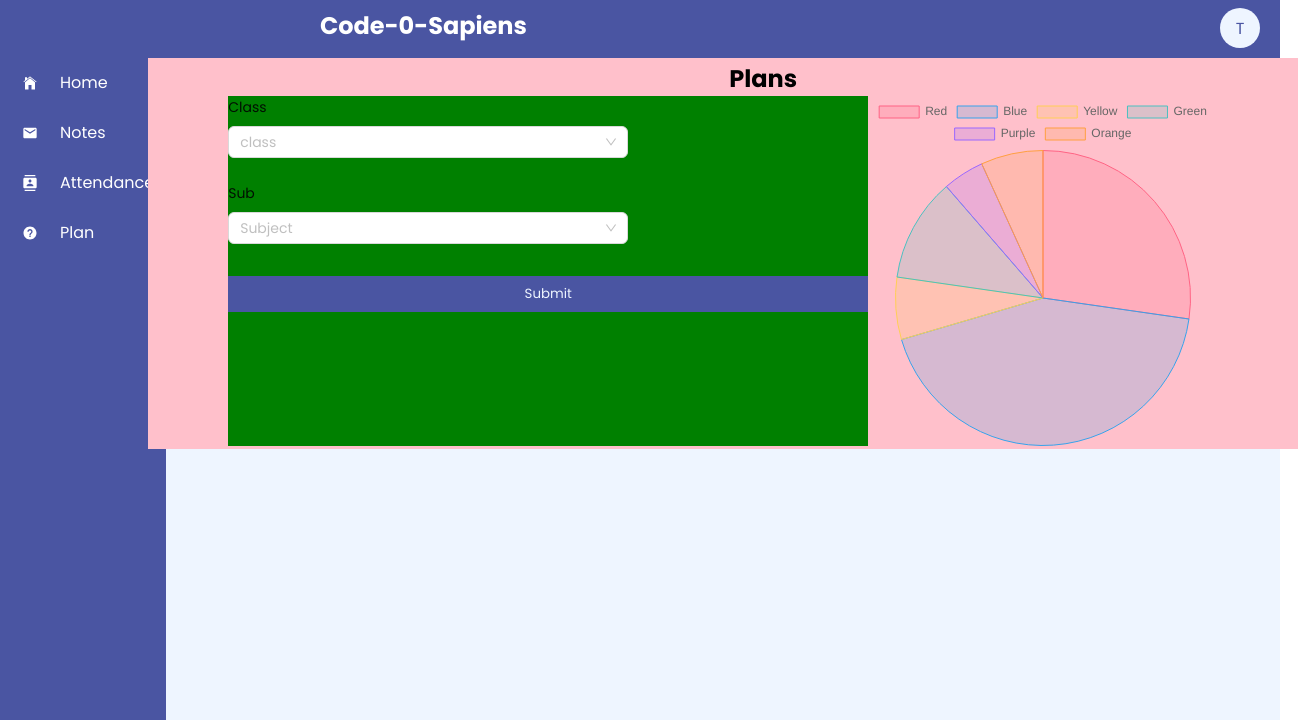
Repository: sinchana-P/code-0-sapiens
Page: /plans (app in client/)
An editor plug-in stored every save of this project. The page is shown before and after a run of saves, followed by the edit.
The browser window is 1280 px wide. The page is 1298 px wide, so the pictures cover 1298 px, including what lies to the right of the window. The pictures show the whole page.
The project was rebuilt for these pictures with package versions that can differ from the ones it lists, and the page was loaded fresh each time. Also part of the build but not shown: client/src/components/auth/login/FormLayoutLogin.jsx, client/src/components/auth/login/Login.jsx, client/src/components/auth/register/FormLayoutRegister.jsx, client/src/components/auth/register/Register.jsx, client/src/components/homeScene/Home.jsx, client/src/components/notes/Notes.jsx, client/src/components/attendance/Attendance.jsx, client/src/components/profile/Profile.jsx and 5 more.

Above is the page before, as saved 2024-03-01 07:40:01.

### client/public/index.html
<!DOCTYPE html>
<html lang="en">
  <head>
    <meta charset="utf-8" />
    <link rel="icon" href="%PUBLIC_URL%/favicon.ico" />
    <meta name="viewport" content="width=device-width, initial-scale=1" />
    <meta name="theme-color" content="#000000" />
    <meta
      name="description"
      content="Web site created using create-react-app"
    />
    <link rel="apple-touch-icon" href="%PUBLIC_URL%/logo192.png" />
    <!--
      manifest.json provides metadata used when your web app is installed on a
      user's mobile device or desktop. See https://developers.google.com/web/fundamentals/web-app-manifest/
    -->
    <link rel="manifest" href="%PUBLIC_URL%/manifest.json" />
    <!--
      Notice the use of %PUBLIC_URL% in the tags above.
      It will be replaced with the URL of the `public` folder during the build.
      Only files inside the `public` folder can be referenced from the HTML.

      Unlike "/favicon.ico" or "favicon.ico", "%PUBLIC_URL%/favicon.ico" will
      work correctly both with client-side routing and a non-root public URL.
      Learn how to configure a non-root public URL by running `npm run build`.
    -->
    <link rel="preconnect" href="https://fonts.googleapis.com">
<link rel="preconnect" href="https://fonts.gstatic.com" crossorigin>
<link href="https://fonts.googleapis.com/css2?family=Poppins:ital,wght@0,100;0,200;0,300;0,400;0,500;0,600;0,700;0,800;0,900;1,100;1,200;1,300;1,400;1,500;1,600;1,700;1,800;1,900&display=swap" rel="stylesheet">
    <title>Code-0-Sapiens</title>
  </head>
  <body>
    <noscript>You need to enable JavaScript to run this app.</noscript>
    <div id="root"></div>
    <!--
      This HTML file is a template.
      If you open it directly in the browser, you will see an empty page.

      You can add webfonts, meta tags, or analytics to this file.
      The build step will place the bundled scripts into the <body> tag.

      To begin the development, run `npm start` or `yarn start`.
      To create a production bundle, use `npm run build` or `yarn build`.
    -->
  </body>
</html>

### client/src/index.js
import React from 'react';
import ReactDOM from 'react-dom/client';
import './index.css';
import App from './App';
import reportWebVitals from './reportWebVitals';
import { BrowserRouter } from 'react-router-dom'
import { apiSlice } from './api/apiSlice';
import {ApiProvider} from '@reduxjs/toolkit/query/react'

const root = ReactDOM.createRoot(document.getElementById('root'));
root.render(
  <BrowserRouter>
    <React.StrictMode>
      <ApiProvider api={apiSlice}>
        <App />
      </ApiProvider>
    </React.StrictMode>
  </BrowserRouter>,
);

// If you want to start measuring performance in your app, pass a function
// to log results (for example: reportWebVitals(console.log))
// or send to an analytics endpoint. Learn more: https://bit.ly/CRA-vitals
reportWebVitals();

### client/src/App.jsx

import './App.css';
import { useState } from 'react';
import { Routes, Route } from 'react-router-dom'
import Login from './components/auth/login/Login'
import Register from './components/auth/register/Register';
import Topbar from './components/global/topbar/Topbar';
import Sidebar from './components/global/sidebar/Sidebar';
import Home from './components/homeScene/Home';
import Notes from './components/notes/Notes';
import Plans from './components/plans/Plans';
import Attendance from './components/attendance/Attendance';
import Profile from './components/profile/Profile';
import StudentSidebar from './components/global/sidebar/StudentSidebar';
import StdHome from './components/stdHome/StdHome';
import StdAttendance from './components/stdAttendance/StdAttendance'
import StdNotes from './components/stdNotes/StdNotes';
import StdDoubts from './components/stdDoubts/StdDoubts';

function App() {
  const [userRole, setUserRole] = useState('Teacher')

  return (
    <div className="App">
      <div className='app-container'>

      <Topbar userRole={userRole}/>

        <div className='main-content'>
          <div className='left-content-container'>

          {
            userRole === 'Teacher' ? (<Sidebar /> ) : (<StudentSidebar /> )
          }

          </div>
          <div className='right-content-container'>
            <Routes>
              <Route path='/login' element={ <Login/> } />
              <Route path='/register' element={ <Register/> } />
              <Route path='/home' element={ <Home/> } />
              <Route path='/notes' element={ <Notes/> } />
              <Route path='/attendance' element={ <Attendance/> } />
              <Route path='/plans' element={ <Plans/> } />
              {/* <Route path='/profile' element={ <Profile/> } /> */}
              <Route path='/student' element={ <StdHome/> } />
              <Route path='/student/attendance' element={ <StdAttendance/> } />
              <Route path='/student/attendance' element={ <StdNotes/> } />
              <Route path='/student/attendance' element={ <StdDoubts/> } />
            </Routes>
          </div>
        </div>
      </div>

    </div>
  );
}

export default App;

### client/src/api/apiSlice.js
import {createApi,fetchBaseQuery} from '@reduxjs/toolkit/query/react'


export const apiSlice = createApi({
       reducerPath:"api",
       baseQuery:fetchBaseQuery({baseUrl:""}),
       tagTypes:['auth', 'student'],
       endpoints:(builder)=>({
        register: builder.mutation({
            query: (data) => ({
                url: '/register',
                method: "POST",
                body: data
            }),
            invalidatesTags:['auth']
        }),
        login: builder.mutation({
            query: (data) => ({
                url: '/login',
                method: "POST",
                body: data
            }),
            invalidatesTags:['auth']
        }),
            //   getTodos:builder.query({
            //          query:()=>'/auth',
            //          transformResponse: (res: Todo[]) =>  {
            //                 // Ensure res is an array before sorting
            //                 console.log(res);

            //                 if (Array.isArray(res)) {
            //                     return res.sort((a, b) => b.id - a.id);
            //                 } else {
            //                     return res;
            //                 }
            //             },

            //          providesTags:['todos']
            //   }),
            //   addTodo:builder.mutation({
            //          query:(todo)=>({
            //                 url:'/todos',
            //                 method:"POST",
            //                 body:todo
            //          }),
            //          invalidatesTags:['todos']
            //   }),
            //   updateTodo:builder.mutation({
            //          query:(todo)=>({
            //                 url:/todos/${todo.id},
            //                 method:'PATCH',
            //                 body:todo
            //          }),
            //          invalidatesTags:['todos']
            //   }),
            //   deleteTodo:builder.mutation({
            //          query:(id)=>({

            //                 url:/todos/${id},
            //                 method:'DELETE',
            //                 body:id
            //          }),
            //          invalidatesTags:['todos']
            //   })

       })
})

export const { useRegisterMutation,useLoginMutation } = apiSlice

### client/src/App.css
@import url('https://fonts.googleapis.com/css2?family=Poppins:ital,wght@0,100;0,200;0,300;0,400;0,500;0,600;0,700;0,800;0,900;1,100;1,200;1,300;1,400;1,500;1,600;1,700;1,800;1,900&display=swap');

* {
  font-family: "Poppins", sans-serif;
}

/* --- */
.full-width-container {
  width: 100%;
  display: flex;
  justify-content: center;
  align-items: center;
}
/* --- */

.right-content-container {
  background-color: #EEF5FF;
  display: flex;
  align-items: start;
  justify-content: center;
}

.app-container {
  display: flex;
  flex-direction: column;
}

.main-content {
  display: flex;
  flex-direction: row;
}

.left-content-container {
  width: 13vw;
}

.right-content-container {
  width: 87vw;

}

### client/src/components/global/topbar/Topbar.jsx
import React, {useState} from 'react'
import './Topbar.css'

const Topbar = ({userRole}) => {
  // const [userRole, setUserRole] = useState('Teacher')

  return (
    <div className='topbar-container'>
        <h2 style={{textAlign: 'left'}} className='logo-text'>Code-0-Sapiens</h2>

        <div className='profile-div'>
          {userRole === 'Teacher' ? 'T' : (userRole === 'Student' ? 'S' : '')}
        </div>
    </div>
  )
}

export default Topbar

### client/src/components/global/sidebar/Sidebar.jsx
import './Sidebar.css'
import { SidebarData } from './SidebarData';
import { Link, NavLink } from 'react-router-dom';


const Sidebar=()=> {
  return (
    <div className='sidebar'>
       <ul className='sidebarList'>
        {
        SidebarData.map((value,key)=>{
            return (
              <NavLink to={value.route} key={key} className='row' >
                <div id='icon'>{value.icon}</div>
                <div id='title'>{value.title}</div>
              </NavLink>
            )
        })
        }
       </ul>
    </div>
  )
}

export default Sidebar

### client/src/components/plans/Plans.jsx
import React, {useState} from 'react';
import { Form, Select, Checkbox } from 'antd';
import './Plans.css'
import { Chart as ChartJS, ArcElement, Tooltip, Legend } from 'chart.js';
import { Pie } from 'react-chartjs-2';


const SidebarData = [
  {
    cls_id: '8',
    sub_id: '1',
    mod_id: 'Module 1',
    chp_id: 'Chapter 1',
    completed: true
  },
  {
    cls_id: '8',
    sub_id: '1',
    mod_id: 'Module 1',
    chp_id: 'Chapter 2',
    completed: false
  },
  {
    cls_id: '8',
    sub_id: '1',
    mod_id: 'Module 1',
    chp_id: 'Chapter 3',
    completed: true
  },
  {
    cls_id: '8',
    sub_id: '1',
    mod_id: 'Module 1',
    chp_id: 'Chapter 4',
    completed: false
  },
  {
    cls_id: '8',
    sub_id: '1',
    mod_id: 'Module 1',
    chp_id: 'Chapter 5',
    completed: true
  },
  {
    cls_id: '8',
    sub_id: '1',
    mod_id: 'Module 2',
    chp_id: 'Chapter 1',
    completed: false
  },
  {
    cls_id: '8',
    sub_id: '1',
    mod_id: 'Module 2',
    chp_id: 'Chapter 2',
    completed: true
  },
  {
    cls_id: '8',
    sub_id: '1',
    mod_id: 'Module 2',
    chp_id: 'Chapter 3',
    completed: true
  },
  {
    cls_id: '8',
    sub_id: '1',
    mod_id: 'Module 2',
    chp_id: 'Chapter 4',
    completed: true
  },
  {
    cls_id: '8',
    sub_id: '1',
    mod_id: 'Module 2',
    chp_id: 'Chapter 5',
    completed: true
  }
];

const CheckboxGroup = Checkbox.Group;
ChartJS.register(ArcElement, Tooltip, Legend);

const Plans = () => {

    const [isSubmit, setIsSubmit] = useState(false)

    const data = {
      labels: ['Red', 'Blue', 'Yellow', 'Green', 'Purple', 'Orange'],
      datasets: [
        {
          label: '# of Votes',
          data: [12, 19, 3, 5, 2, 3],
          backgroundColor: [
            'rgba(255, 99, 132, 0.2)',
            'rgba(54, 162, 235, 0.2)',
            'rgba(255, 206, 86, 0.2)',
            'rgba(75, 192, 192, 0.2)',
            'rgba(153, 102, 255, 0.2)',
            'rgba(255, 159, 64, 0.2)',
          ],
          borderColor: [
            'rgba(255, 99, 132, 1)',
            'rgba(54, 162, 235, 1)',
            'rgba(255, 206, 86, 1)',
            'rgba(75, 192, 192, 1)',
            'rgba(153, 102, 255, 1)',
            'rgba(255, 159, 64, 1)',
          ],
          borderWidth: 1,
        },
      ],
    };

  // Grouping chapters by module
  const groupedChapters = SidebarData.reduce((acc, curr) => {
    const { mod_id, chp_id } = curr;
    if (!acc[mod_id]) {
      acc[mod_id] = [];
    }
    acc[mod_id].push(chp_id);
    console.log('acc');
    console.log(acc);
    return acc;
  }, {});

  const handleSubmit = () => {
    setIsSubmit(true)
  }

  return (
    <div className='plans-main'>
      <h2 className='heading'>Plans</h2>

         <div className='plans-container'>
            <div className='plans-container-left'>
                <Form
                layout="vertical"
                name="basic"
                labelCol={{ span: 8 }}
                wrapperCol={{ span: 16 }}
                style={{ maxWidth: 600 }}
                initialValues={{ remember: true }}
                autoComplete="off"
            >
                <Form.Item label="Class" rules={[{ required: true, message: 'Please select class!' }]}>
                <Select placeholder="class">
                    <Select.Option value="class8">Class 8</Select.Option>
                    <Select.Option value="class9">Class 9</Select.Option>
                    <Select.Option value="class10">Class 10</Select.Option>
                </Select>
                </Form.Item>
                <Form.Item label="Sub" rules={[{ required: true, message: 'Please select class!' }]}>
                <Select placeholder="Subject">
                    <Select.Option value="maths">Maths</Select.Option>
                    <Select.Option value="science">Science</Select.Option>
                    <Select.Option value="social">Social</Select.Option>
                </Select>
                </Form.Item>
                </Form>

                <button onClick={handleSubmit}>Submit</button>

                <div>
                    {isSubmit && (
                        <>
                        {Object.keys(groupedChapters).map((module, index) => (

                          <div key={index} className='module-chapters-checkbox'>
                          <h3>{module}</h3>
                          <CheckboxGroup>
                              {groupedChapters[module].map((chapter, i) => (
                              <Checkbox checked key={i} value={chapter} style={{width: '1200px'}} >
                                  {chapter}
                              </Checkbox>
                              ))}
                          </CheckboxGroup>

                          </div>

                      ))}
                      <button>Update Plan</button>
                        </>
                    )}
                </div>
            </div>

            <div style={{width:'350px', height: '350px'}} className='plans-container-right'>
              <Pie
                data={data}
                width={50}
                height={50}
              />
            </div>
         </div>





    </div>



  );
}

export default Plans;

### client/src/components/auth/login/Login.css
.login-container{
    padding: 1rem 0;
    /* background-color: pink; */
    width: 50vw;

}

h2 {
    text-align: center;
    margin-left: 20rem;
}

### client/src/components/auth/register/Register.css
.register-container{
    padding: 1rem 0;
    /* background-color: pink; */
    width: 50vw;

}

h2 {
    text-align: center;
    margin-left: 20rem;
}

### client/src/components/global/topbar/Topbar.css
.topbar-container {
    background-color: #4A55A2;
    min-width: 95vw;
    height: 4rem;
    display: flex;
    flex-direction: row;
    justify-content: space-between;
}

.profile-div {
    background-color: #EEF5FF;
    color: #4a55a2;
    width: 40px;
    height: 40px;
    border-radius: 50%;
    display: flex;
    justify-content: center;
    align-items: center;
    margin-top: 8px;
    margin-right: 20px;
}

.logo-text {
    color: white;
    /* text-align: center; */
    margin-top: 0.5rem;
}

### client/src/components/global/sidebar/Sidebar.css
*{
    margin: 0;
    padding: 0;
  }
  .App{
    width: 100vw;
    height: 100vh;
    display: flex;
  }

  .sidebar{
    height: 92vh;
    width: 200px;
    background-color: #4A55A2;
  }

  .sidebarList{
    height: auto;
    width: 100%;
    padding: 0;
  }

  .sidebarList .row{
    width: 100%;
    height: 50px;
    list-style-type: none;
    margin: 0;
    display: flex;
    flex-direction: row;
    color: white;
    justify-content: center;
    align-items: center;
    text-decoration: none;
  }

  .sidebarList .row:hover{
    cursor: pointer;
    background-color: #EEF5FF;
    color: black;

  }

  .row #icon{
    flex: 30%;
    display: grid;
    place-items: center;
  }

  .row #title{
    flex: 70%;
  }

  .row .active {
    background-color: #EEF5FF;
    color: black;
  }

### client/src/components/global/sidebar/SidebarData.js
import { IoIosHome,IoMdHelpCircle } from "react-icons/io";
import { MdEmail,MdContacts } from "react-icons/md";
import { FaRegCalendarCheck } from "react-icons/fa";


export const SidebarData=[
       {
              title:"Home",
              icon:<IoIosHome />,
              route:"/"
       },
       {
              title:"Notes",
              icon:<MdEmail />,
              route:"/notes"
       },
       {
              title:"Attendance",
              icon:<MdContacts />,
              route:"/attendance"
       },
       {
              title:"Plan",
              icon:<IoMdHelpCircle />,
              route:"/plans"
       },
       // {
       //        title:"Profile",
       //        icon:<FaRegCalendarCheck />,
       //        route:"/profile"
       // },
]

### client/src/components/notes/Notes.css
.notes-main {
    width: 87vw;
}

.heading {
    margin-left: 28rem;
}

.notes-container{
    margin: 1rem 18rem;
}

.notes-form-container {
    padding: 1rem 0;
}

.notes-upload-main {
    display: flex;
    flex-direction: row;
}


.notes-upload-container {
    display: flex;
    flex-direction: column;
}

.notes-pdf, .notes-link {
    display: flex;
    flex-direction: row;
    padding: 0.5rem 0;
}

.notes-upload-container {
    padding: 0rem 1rem;
}

p{
    font-weight: bold;
}

### client/src/components/plans/Plans.css
.plans-main{
    /* width: 90vw; */
    padding: 0.2rem 5rem;
    background-color: pink;
    /* max-height: 90vh; */

}

.module-chapters-checkbox {
    display: flex;
    flex-direction: column;
    justify-content: start;
}

.heading {
    margin-left: 5rem;
}

.plans-container {
    display: flex;
    flex-direction: row;
    /* justify-content: space-evenly; */

}

.plans-container-left {
    display: flex;
    flex-direction: column;
    width: 40rem;
    background-color: green;
}

### client/src/components/attendance/Attendance.css
.attendance-main {
    /* background-color: pink; */
    width: 80vw;
}

.attendance-class {
    /* background-color: pink; */
}

.attendance-class-inputs-container {
    display: flex;
    flex-direction: row;
    min-width: 80vw;
}

.attendance-class-each {
    width: 15rem;
    margin: 2rem;
}

button {
    background-color: #4a55a2;
    color: #EEF5FF;
    border: none;
    padding: 0.5rem 1rem;
    margin: 0.5rem 0;
}

button:hover {
    background-color: #b9cae3;
    color: #4a55a2;
    cursor: pointer;
}

### client/src/components/global/sidebar/StudentSidebarData.js
import { IoIosHome,IoMdHelpCircle } from "react-icons/io";
import { MdEmail,MdContacts } from "react-icons/md";
import { FaRegCalendarCheck } from "react-icons/fa";


export const StudentSidebarData=[
       {
              title:"Home",
              icon:<IoIosHome />,
              route:"/student"
       },
       {
              title:"Attendance",
              icon:<MdEmail />,
              route:"/student/attendance"
       },
       {
              title:"Notes",
              icon:<MdContacts />,
              route:"/student/notes"
       },
       {
              title:"Doubts",
              icon:<IoMdHelpCircle />,
              route:"/student/doubts"
       },
       // {
       //        title:"Profile",
       //        icon:<FaRegCalendarCheck />,
       //        route:"/profile"
       // },
]

### client/src/components/stdAttendance/StdAttendance.css
.attendance-main {
    /* background-color: pink; */
    width: 87vw;
    padding: 1rem 20rem;
}

.attendance-class {
    /* background-color: pink; */
}

.attendance-class-inputs-container {
    display: flex;
    flex-direction: row;
    min-width: 80vw;
}

.attendance-class-each {
    width: 15rem;
    margin: 2rem;
}

button {
    background-color: #4a55a2;
    color: #EEF5FF;
    border: none;
    padding: 0.5rem 1rem;
    margin: 0.5rem 0;
}

button:hover {
    background-color: #b9cae3;
    color: #4a55a2;
    cursor: pointer;
}

.header {
    margin: 1rem 5rem;
}

Loaded but not shown: client/src/index.css (common file); client/src/reportWebVitals.js (common file)

After the next 2 saves:
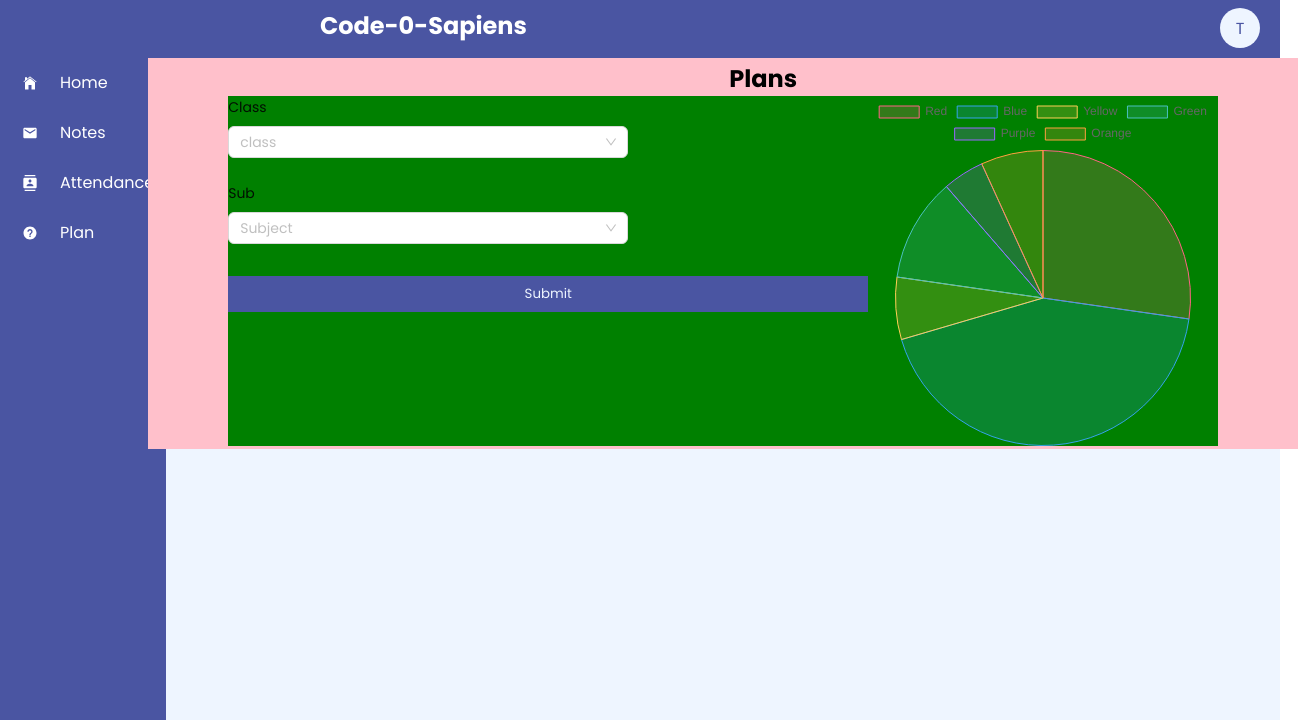
The 2 saves are shown as one change because they came seconds apart.
The last was saved 20 s later.
--- a/client/src/components/plans/Plans.css
+++ b/client/src/components/plans/Plans.css
@@ -29,3 +29,9 @@
     width: 40rem;
     background-color: green;
 }
+.plans-container-right {
+    display: flex;
+    flex-direction: column;
+    width: 40rem;
+    background-color: green;
+}
